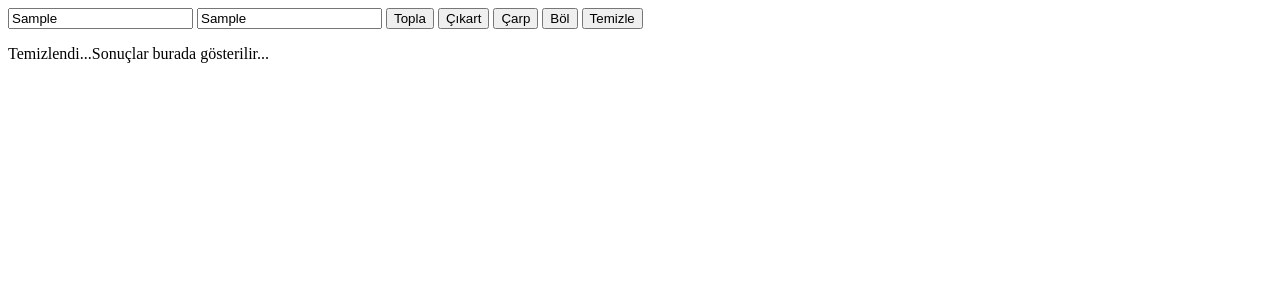
Repository: emrebolukbas/.js-Training-Tobeto
Page: 1.1-DortIslem/public/DortIslem.html
The author's editor kept a copy of each file at every save. The page is drawn from the files as they stood at one save, then again after the next save.
The browser window is 1280 px wide. The pictures show the whole page.
Empty fields were first filled with sample values (such as "Sample", 5 or name@example.com).
After loading, the first visible `button[onclick="temizle();"]` was clicked once.

Above is the page before, as saved 2023-10-06 21:48:56.

### 1.1-DortIslem/public/DortIslem.html
<!DOCTYPE html>
<html>
<head>
	<meta charset="UTF-8">
	<title>1.1-Dört İşlem 1.0</title>
	<script type="text/javascript" src="DortIslem.js"></script>

</head>
<body>
	<input id="input-1" type="text">
	<input id="input-2" type="text">
	<button  onclick="topla();"> Topla </button>
	<button  onclick="cıkart();"> Çıkart </button>
	<button  onclick="carp();"> Çarp </button>
	<button  onclick="bol();"> Böl </button>
	<button  onclick="temizle();"> Temizle </button>
	<p id="p-1">Sonuçlar burada gösterilir...</p>
</body>
</html>

### 1.1-DortIslem/public/DortIslem.js
/**
 *
 */

 function topla () {

	 var birinciSayi = +document.getElementById("input-1").value;
	 var ikinciSayi = +document.getElementById("input-2").value;
	 var toplam;

	 toplam = birinciSayi + ikinciSayi;

	 document.getElementById("p-1").innerHTML= toplam

 }

 function cıkart () {

	 var birinciSayi = +document.getElementById("input-1").value;
	 var ikinciSayi = +document.getElementById("input-2").value;
	 var cikar;

	 cikar = birinciSayi - ikinciSayi;

	 document.getElementById("p-1").innerHTML= cikar

 }

  function carp () {

	 var birinciSayi = +document.getElementById("input-1").value;
	 var ikinciSayi = +document.getElementById("input-2").value;
	 var carpma;

	 carpma = birinciSayi * ikinciSayi;

	 document.getElementById("p-1").innerHTML= carpma

 }
  function bol () {

	 var birinciSayi = +document.getElementById("input-1").value;
	 var ikinciSayi = +document.getElementById("input-2").value;
	 var bol;

	 bolme = birinciSayi / ikinciSayi;

	 document.getElementById("p-1").innerHTML= bolme

 }

 function temizle () {

	 var birinciSayi = +document.getElementById("input-1").clear;
	 var ikinciSayi = +document.getElementById("input-2").clear;
	 document.getElementById("p-1").innerHTML= "Temizlendi...Sonuçlar burada gösterilir..."


 }

After the next save:
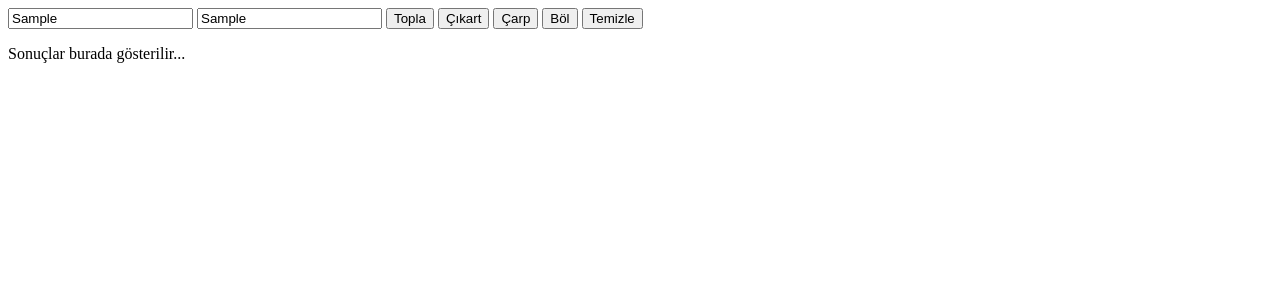
Console error: TypeError: document.getElementById(...).clear is not a function
Saved 94 s later.
--- a/1.1-DortIslem/public/DortIslem.js
+++ b/1.1-DortIslem/public/DortIslem.js
@@ -51,8 +51,8 @@
 
  function temizle () {
 
-	 var birinciSayi = +document.getElementById("input-1").clear;
-	 var ikinciSayi = +document.getElementById("input-2").clear;
+	 var birinciSayi = +document.getElementById("input-1").clear();
+	 var ikinciSayi = +document.getElementById("input-2").clear();
 	 document.getElementById("p-1").innerHTML= "Temizlendi...Sonuçlar burada gösterilir..."
 
 

After the 3 saves that followed:
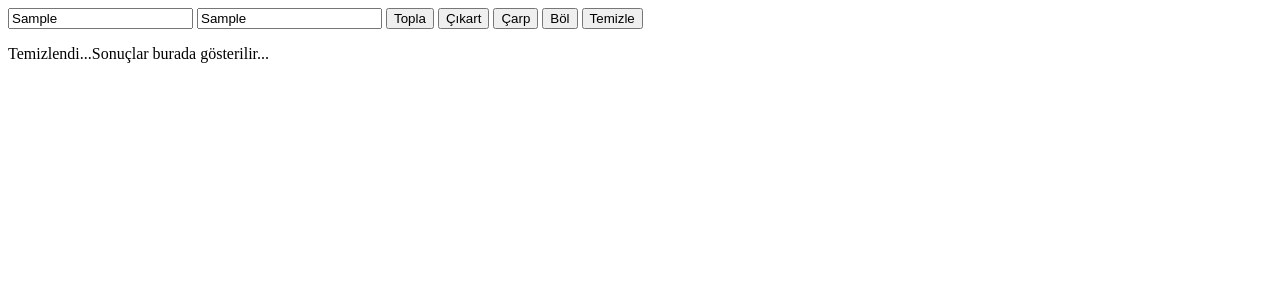
The error is gone.
The 3 saves are shown as one change because 2 left the picture as it was.
The last was saved 3 min 32 s later.
--- a/1.1-DortIslem/public/DortIslem.js
+++ b/1.1-DortIslem/public/DortIslem.js
@@ -41,7 +41,7 @@
 
 	 var birinciSayi = +document.getElementById("input-1").value;
 	 var ikinciSayi = +document.getElementById("input-2").value;
-	 var bol;
+	 var bolme;
 
 	 bolme = birinciSayi / ikinciSayi;
 
@@ -51,8 +51,8 @@
 
  function temizle () {
 
-	 var birinciSayi = +document.getElementById("input-1").clear();
-	 var ikinciSayi = +document.getElementById("input-2").clear();
+	 var birinciSayi = +document.getElementById("input-1");
+	 var ikinciSayi = +document.getElementById("input-2");
 	 document.getElementById("p-1").innerHTML= "Temizlendi...Sonuçlar burada gösterilir..."
 
 
